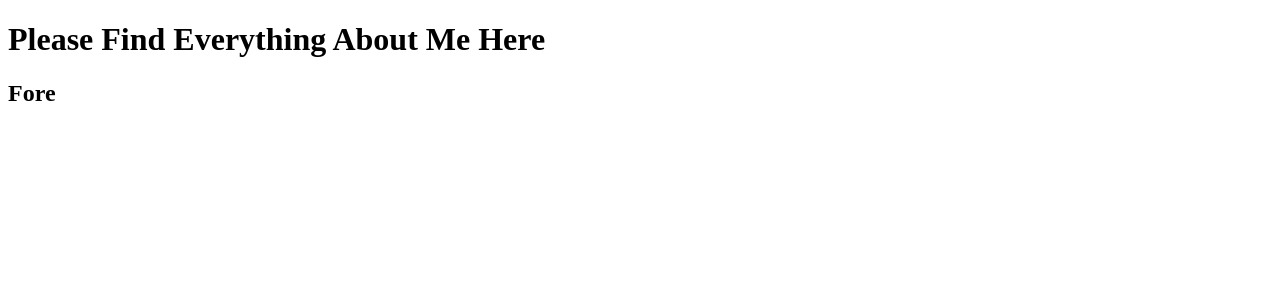
Repository: tracykeeya/my_first_web
Page: index.html
The author's editor kept a copy of each file at every save. The page is drawn from the files as they stood at one save, then again after a run of saves.
The browser window is 1280 px wide. The pictures show the whole page.

Above is the page before, as saved 2025-11-03 02:04:36.

### index.html
<!DOCTYPE html>
<html lang="en">
<head>
    <meta charset="UTF-8">
    <meta name="viewport" content="width=device-width, initial-scale=1.0">
    <title>My First Web Page</title>
</head>
<body>
    <h1>Please Find Everything About Me Here</h1>
    <h2>Fore</h2>

</body>
</html>

After the next 2 saves:
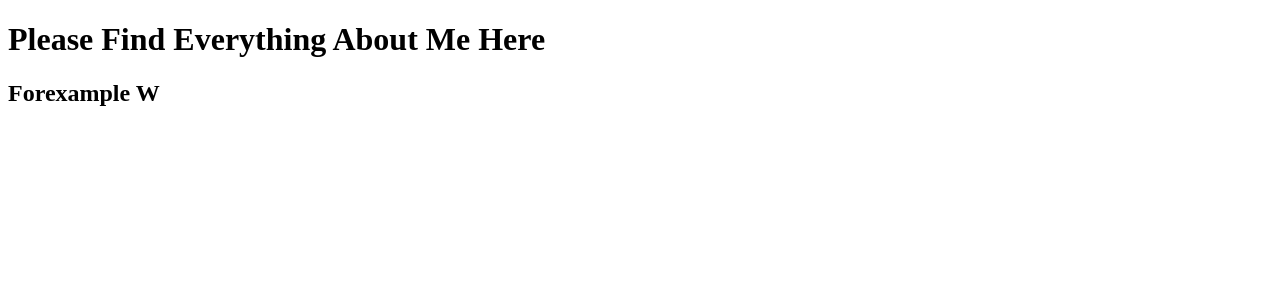
The 2 saves are shown as one change because they came seconds apart.
The last was saved 7 s later.
--- a/index.html
+++ b/index.html
@@ -7,7 +7,7 @@
 </head>
 <body>
     <h1>Please Find Everything About Me Here</h1>
-    <h2>Fore</h2>
+    <h2>Forexample W</h2>
 
 </body>
 </html>
